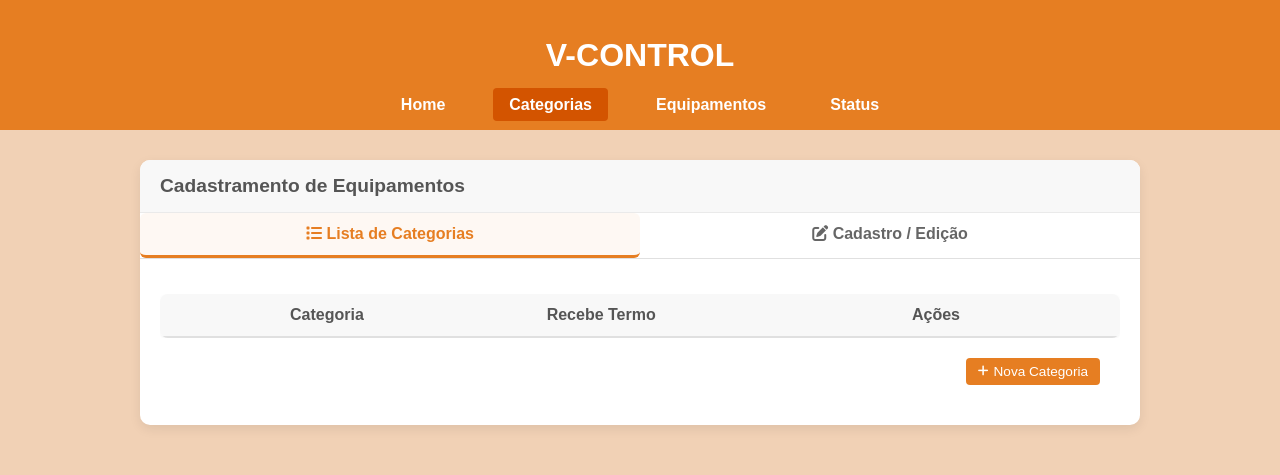
Repository: davyjales/inventario-TI
Page: categorias.html
The author's editor kept a copy of each file at every save. The page is drawn from the files as they stood at one save, then again after the next save.
The browser window is 1280 px wide. The pictures show the whole page.
The page's requests for data from a server got no answer.

Above is the page before, as saved 2025-08-18 15:38:48.

### categorias.html
<!DOCTYPE html>
<html lang="pt-BR">
<head>
  <meta charset="UTF-8" />
  <meta name="viewport" content="width=device-width, initial-scale=1" />
  <title>V-CONTROL</title>
  <link rel="stylesheet" href="css/style.css" />
  <style>
    /* Área principal */
    main {
      max-width: 1000px;
      margin: 30px auto;
      padding: 0;
      background: white;
      border-radius: 10px;
      box-shadow: 0 4px 12px rgba(0,0,0,0.08);
      overflow: hidden;
    }

    /* Título da seção */
    .section-title {
      padding: 15px 20px;
      margin: 0;
      background-color: #f8f8f8;
      border-bottom: 1px solid #eaeaea;
      font-size: 1.2rem;
      color: #555;
    }

    /* Tabs - design aprimorado */
    .tabs {
      display: flex;
      margin: 0;
      border-bottom: 1px solid #e0e0e0;
    }
    .tab-button {
      flex: 1;
      padding: 12px 20px;
      cursor: pointer;
      background-color: transparent;
      border: none;
      border-bottom: 3px solid transparent;
      font-weight: 600;
      color: #666;
      transition: all 0.3s ease;
      position: relative;
    }
    .tab-button.active {
      color: #e67e22;
      border-bottom-color: #e67e22;
      background-color: rgba(230, 126, 34, 0.05);
    }
    .tab-button:hover:not(.active) {
      color: #333;
      background-color: #f5f5f5;
    }

    /* Conteúdo das abas */
    .tab-content {
      display: none;
      padding: 20px;
    }
    .tab-content.active {
      display: block;
    }

    /* Tabela - design profissional */
    .table-container {
      overflow-x: auto;
      margin-top: 15px;
    }
    table {
      width: 100%;
      border-collapse: separate;
      border-spacing: 0;
      border-radius: 8px;
      overflow: hidden;
      box-shadow: 0 1px 3px rgba(0,0,0,0.05);
    }
    th {
      background-color: #f8f8f8;
      color: #555;
      font-weight: 600;
      border-bottom: 2px solid #e0e0e0;
      padding: 12px 15px;
    }
    th.categoria, td.categoria {
      text-align: left;
      padding-left: 150px;
    }
    th.recebe-termo, td.recebe-termo {
      text-align: left;
      padding-left: 70px;
    }
    th.acoes, td.acoes {
      text-align: right;
      padding-left: 150px;
      white-space: nowrap;
    }
    td {
      padding: 12px 15px;
      border-bottom: 1px solid #f0f0f0;
      vertical-align: middle;
    }
    tr:last-child td {
      border-bottom: none;
    }
    tr:hover {
      background-color: #f9f9f9;
    }
    tr:nth-child(even) {
      background-color: #fcfcfc;
    }
    tr:hover {
      background-color: #f5f5f5;
    }

    /* Botões de ação na tabela */
    .action-buttons {
      display: flex;
      gap: 8px;
    }
    .btn {
      padding: 6px 12px;
      border: none;
      border-radius: 4px;
      cursor: pointer;
      font-weight: 500;
      font-size: 0.85rem;
      transition: all 0.2s ease;
      display: inline-flex;
      align-items: center;
      gap: 5px;
    }
    .btn i {
      font-size: 0.9em;
    }
    .btn-primary {
      background-color: #e67e22;
      color: white;
    }
    .btn-primary:hover {
      background-color: #d35400;
      transform: translateY(-1px);
    }
    .btn-outline {
      background-color: transparent;
      border: 1px solid #ddd;
      color: #666;
    }
    .btn-outline:hover {
      background-color: #f5f5f5;
      color: #333;
    }
    .btn-danger {
      background-color: #e74c3c;
      color: white;
    }
    .btn-danger:hover {
      background-color: #c0392b;
    }

    /* Botão de nova categoria */
    .btn-add {
      margin-top: 20px;
      padding: 10px 20px;
      background-color: #e67e22;
      color: white;
      border: none;
      border-radius: 6px;
      font-weight: 600;
      cursor: pointer;
      transition: all 0.2s ease;
      display: inline-flex;
      align-items: center;
      gap: 8px;
    }
    .btn-add:hover {
      background-color: #d35400;
      box-shadow: 0 2px 8px rgba(230, 126, 34, 0.3);
    }

    /* Formulário */
    .form-container {
      max-width: 700px;
      margin: 0 auto;
      padding: 20px;
    }
    .form-header {
      margin-bottom: 20px;
      padding-bottom: 10px;
      border-bottom: 1px solid #eee;
    }
    .form-header h2 {
      margin: 0;
      color: #333;
    }
    form label {
      display: block;
      margin-bottom: 8px;
      font-weight: 500;
      color: #555;
    }
    form input[type="text"],
    form input[type="checkbox"],
    form textarea,
    form select {
      width: 100%;
      padding: 10px 12px;
      margin-bottom: 15px;
      border: 1px solid #ddd;
      border-radius: 4px;
      font-size: 0.95rem;
      transition: border 0.3s ease;
    }
    form input[type="text"]:focus,
    form textarea:focus,
    form select:focus {
      border-color: #e67e22;
      outline: none;
      box-shadow: 0 0 0 2px rgba(230, 126, 34, 0.2);
    }
    .checkbox-container {
      display: flex;
      align-items: center;
      gap: 10px;
      margin-bottom: 15px;
    }
    .checkbox-container input[type="checkbox"] {
      width: auto;
      margin: 0;
    }
    .form-actions {
      display: flex;
      justify-content: flex-end;
      gap: 10px;
      margin-top: 25px;
      padding-top: 15px;
      border-top: 1px solid #eee;
    }
    .form-section {
      margin-bottom: 25px;
      padding-bottom: 15px;
      border-bottom: 1px solid #f0f0f0;
    }
    .form-section h3 {
      margin-top: 0;
      color: #444;
    }

    /* Campos dinâmicos */
    .field-item {
      display: flex;
      gap: 10px;
      margin-bottom: 10px;
      align-items: center;
    }
    .field-item input {
      flex: 1;
    }
    .field-item button {
      background-color: #e74c3c;
      color: white;
      border: none;
      border-radius: 4px;
      padding: 5px 10px;
      cursor: pointer;
    }

    /* Responsividade */
    @media (max-width: 768px) {
      nav {
        flex-wrap: wrap;
        padding: 8px;
      }
      nav a {
        padding: 6px 12px;
        font-size: 0.9rem;
      }
      .tabs {
        flex-direction: column;
      }
      .tab-button {
        text-align: left;
        border-bottom: 1px solid #e67e22;
        border-left: 3px solid transparent;
      }
      .tab-button.active {
        border-left-color: #e67e22;
        border-bottom-color: #eee;
      }
    }

    /* Added styles for status-like buttons */
    .status-actions {
      display: flex;
      gap: 10px;
    }

    .status-btn {
      background: none;
      border: none;
      cursor: pointer;
      font-size: 16px;
      padding: 5px;
      border-radius: 4px;
      transition: all 0.2s;
      font-family: "Font Awesome 6 Free";
      font-weight: 900;
    }

    .status-btn:hover {
      background-color: rgba(0, 0, 0, 0.05);
    }

    .edit-btn {
      color: #b9610f;
      background-color: #f5e6d3;
    }

    .edit-btn:hover {
      background-color: #e6cfa8;
    }

    .delete-btn {
      color: #dc3545;
      background-color: #f8d7da;
    }

    .delete-btn:hover {
      background-color: #e4a1a8;
    }
  </style>
  <link rel="stylesheet" href="https://cdnjs.cloudflare.com/ajax/libs/font-awesome/6.0.0/css/all.min.css">
</head>
<body>
  <header>
    <h1>V-CONTROL</h1>
    <nav>
      <ul class="nav-menu">
        <li><a href="index.html">Home</a></li>
        <li><a href="categorias.html" class= "active">Categorias</a></li>
        <li><a href="cadastroEquipamentos.html">Equipamentos</a></li>
        <li><a href="status.html">Status</a></li>
      </ul>
    </nav>
  </header>

  <main>
    <h2 class="section-title">Cadastramento de Equipamentos</h2>

    <div class="tabs">
      <button class="tab-button active" data-tab="tab-lista">
        <i class="fas fa-list"></i> Lista de Categorias
      </button>
      <button class="tab-button" data-tab="tab-form">
        <i class="fas fa-edit"></i> Cadastro / Edição
      </button>
    </div>

    <section id="tab-lista" class="tab-content active">
      <div class="table-container">
        <table>
          <thead>
            <tr>
              <th style="text-align: left; padding-left: 130px;">Categoria</th>
              <th style="text-align: left; padding-left: 40px;">Recebe Termo</th>
              <th style="text-align: right; padding-right: 160px;">Ações</th>
            </tr>
          </thead>
          <tbody id="categorias-tbody">
            <!-- Exemplo de dados - serão substituídos pelo JavaScript -->
          </tbody>
        </table>
      </div>
      <div style="text-align: right; margin-top: 20px; padding: 0 20px 20px;">
        <button id="btn-nova-categoria" class="btn btn-primary">
          <i class="fas fa-plus"></i> Nova Categoria
        </button>
      </div>
    </section>

    <section id="tab-form" class="tab-content">
      <div class="form-container">
        <div class="form-header">
          <h2 id="form-titulo"><i class="fas fa-plus-circle"></i> Nova Categoria</h2>
        </div>
        <form id="categoria-form">
          <div class="form-section">
            <label for="nome-categoria">
              Categoria:
            </label>
            <input type="text" id="nome-categoria" name="nome" required
                  placeholder="Digite o nome da nova categoria"
                  style="width: 100%; padding: 10px; border-radius: 4px; border: 1px solid #ddd;">
          </div>

          <div class="form-section">
            <div class="checkbox-container">
              <input type="checkbox" id="recebe-termo" name="recebe_termo" />
              <label for="recebe-termo" style="margin: 0;">Recebe Termo</label>
            </div>
          </div>

          <div class="form-section">
            <h3><i class="fas fa-list-ul"></i> Campos da Categoria</h3>
            <div id="campos-container">
              <!-- Campos serão adicionados dinamicamente -->
            </div>
            <button type="button" id="btn-adicionar-campo" class="btn btn-outline" style="margin-top:10px;">
              <i class="fas fa-plus"></i> Adicionar Campo
            </button>
          </div>

          <div class="form-actions">
            <button type="button" id="btn-cancelar" class="btn btn-primary" style="min-width: 120px; height: 38px; margin-right: 10px; background-color: #e67e22; border-color: #e67e22; vertical-align: middle; margin-top: 23px;">
              <i class="fas fa-times"></i> Cancelar
            </button>
            <button type="submit" id="btn-salvar" class="btn btn-primary" style="min-width: 120px; height: 38px; vertical-align: middle;">
              <i class="fas fa-save"></i> Salvar
            </button>
          </div>
        </form>
      </div>
    </section>
  </main>

  <script src="js/cadastroCategorias.js"></script>
  <script src="js/cadastroCategoriasTabs.js"></script>
</body>
</html>

### css/style.css
/* Existing styles are preserved */

/* Styles for additional fields in category creation */
#campos-adicionais-container {
  margin-top: 10px;
}

.campo-adicional-item {
  display: flex;
  align-items: center;
  gap: 10px;
  margin-bottom: 5px;
}

.campo-adicional-item input[type="text"] {
  flex: 1;
  padding: 6px 8px;
  border: 1px solid #ccc;
  border-radius: 4px;
}

.campo-adicional-item input[type="checkbox"] {
  width: 18px;
  height: 18px;
  cursor: pointer;
}

#btn-adicionar-campo {
  background-color: #b9610f;
  color: white;
  border: none;
  padding: 5px 10px;
  border-radius: 4px;
  cursor: pointer;
}

#btn-adicionar-campo:hover {
  background-color: #a0500d;
}

.btn-remover-campo {
  background-color: #e74c3c;
  color: white;
  border: none;
  padding: 2px 8px;
  border-radius: 4px;
  cursor: pointer;
}

.btn-remover-campo:hover {
  background-color: #c0392b;
}

/* Styles for additional fields in equipment registration */
#campos-adicionais-equipamento > div {
  margin-bottom: 10px;
}

#campos-adicionais-equipamento label {
  font-weight: bold;
  display: block;
  margin-bottom: 4px;
}

#campos-adicionais-equipamento input[type="text"] {
  width: 100%;
  padding: 6px 8px;
    box-shadow: 0 2px 8px rgba(0, 0, 0, 0.2);
    position: relative;
    z-index: 1;
}

.page-section {
    display: none;
    font-family: 'Segoe UI', Tahoma, Geneva, Verdana, sans-serif;
    max-width: 1200px;
    margin: 20px auto;
    padding: 25px;
    background-color: #fff;
    border-radius: 10px;
    box-shadow: 0 4px 12px rgba(0, 0, 0, 0.08);
}

.page-section.active {
    display: block;
}

/* === RESET === */
body {
    font-family: Arial, sans-serif;
    margin: 0;
    padding: 0;
    background-color: #f4f4f4;
    /* background-image: url('../images/visteon-bg.jpg.jpg'); */
    background-size: cover;
    background-position: center;
    background-repeat: no-repeat;
    position: relative;
    z-index: 0;
}

body::before {
    content: "";
    position: fixed;
    top: 0;
    left: 0;
    width: 100%;
    height: 100%;
    background-color: rgba(230, 126, 34, 0.3);
    z-index: -1;
}

/* === HEADER === */
header {
    background-color: #e67e22;
    color: white;
    padding: 1rem;
    text-align: center;
}

.nav-menu {
    list-style: none;
    padding: 0;
    margin: 0;
    display: flex;
    justify-content: center;
    background-color: transparent;
}

.nav-menu li {
    margin: 0 1rem;
}

.nav-menu li a {
    color: white;
    text-decoration: none;
    font-weight: bold;
    padding: 0.5rem 1rem;
    border-radius: 4px;
    transition: background-color 0.3s ease;
}

.nav-menu li a.active,
.nav-menu li a:hover {
    background-color: #d35400;
}

/* === MAIN === */
main {
    max-width: 900px;
    margin: 2rem auto;
    padding: 1rem;
    background-color: rgba(255, 255, 255, 0.95);
    border-radius: 8px;
    box-shadow: 0 2px 8px rgba(0, 0, 0, 0.2);
    position: relative;
    z-index: 1;
}

.page-section {
    display: none;
}

.page-section.active {
    display: block;
}

/* === HOME === */
#home h2 {
    text-align: center;
    color: black;
}

.home-functions {
    display: flex;
    gap: 1rem;
    justify-content: center;
    margin-top: 2rem;
}

.home-functions button {
    padding: 1rem 2rem;
    font-size: 1rem;
    cursor: pointer;
    background-color: black;
    color: white;
    border: none;
    border-radius: 6px;
    transition: background-color 0.3s ease;
}

.home-functions button:hover {
    background-color: #333;
}

/* === EQUIPAMENTOS === */
.equipment-list {
    display: grid;
    grid-template-columns: repeat(auto-fill, minmax(250px, 1fr));
    gap: 1rem;
    margin-top: 1rem;
}

.equipment-list > div {
    background-color: #fff;
    padding: 1rem;
    border-radius: 6px;
    box-shadow: 0 1px 3px rgba(0, 0, 0, 0.1);
    cursor: pointer;
    transition: transform 0.2s, background-color 0.2s;
}

.equipment-list > div:hover {
    transform: translateY(-3px);
    background-color: #f9f9f9;
}

.equipment-list h3 {
    margin: 0 0 0.5rem;
    font-size: 1.1rem;
    color: #e67e22;
}

.equipment-list p {
    margin: 0;
    font-size: 0.9rem;
    color: #444;
}

.equipment-details {
    background-color: #fff;
    padding: 1rem;
    border-radius: 6px;
    box-shadow: 0 2px 6px rgba(0, 0, 0, 0.1);
}

.hidden {
    display: none;
}

/* === FORMULÁRIOS === */
form label {
    display: block;
    margin-top: 1rem;
    font-weight: bold;
    color: #333;
}

form input[type="text"],
form textarea,
form select,
form input[type="file"] {
    width: 100%;
    padding: 0.5rem;
    margin-top: 0.25rem;
    border: 1px solid #ccc;
    border-radius: 4px;
    box-sizing: border-box;
    background-color: white;
}

form button[type="submit"] {
    margin-top: 1.5rem;
    padding: 0.75rem 1.5rem;
    background-color: #e67e22;
    color: white;
    border: none;
    border-radius: 6px;
    cursor: pointer;
    font-size: 1rem;
}

form button[type="submit"]:hover {
    background-color: #d35400;
}

.termo-options {
    display: flex;
    gap: 2rem;
    margin-top: 0.5rem;
}

#categoria-lista {
    list-style: none;
    padding: 0;
    margin-top: 1rem;
}

#categoria-lista li {
    background-color: #fff;
    margin-bottom: 0.5rem;
    padding: 0.5rem 1rem;
    border-radius: 4px;
    box-shadow: 0 1px 3px rgba(0, 0, 0, 0.1);
}
#categoria-lista li span {
    font-weight: bold;
    color: #e67e22;
}

/* === TABELA DE USUÁRIOS === */
.user-table {
    width: 100%;
    border-collapse: collapse;
    margin-top: 2rem;
    background-color: #fff;
    box-shadow: 0 2px 6px rgba(0, 0, 0, 0.1);
    border-radius: 8px;
    overflow: hidden;
}

.user-table thead {
    background-color: #e67e22;
    color: white;
}

.user-table thead th {
    padding: 1rem;
    text-align: left;
    font-weight: bold;
    border-bottom: 2px solid #d35400;
}

.user-table tbody td  {
    padding: 0.75rem 0.75rem;
    border-bottom: 1px solid #eee;
    color: #333;
}

.user-table tbody tr:hover {
    background-color: #f9f9f9;
}

.user-table td .action-btn .checkbox{
    display: inline-flex;
    align-items: center;
    justify-content: center;
    margin: 0.2rem;
    padding: 0.75rem 0.75rem;
    font-size: 0.85rem;
    font-weight: bold;
    border: none;
    border-radius: 5px;
    cursor: pointer;
    color: white;
    transition: all 0.3s ease;
    min-width: 140px;
    text-align: center;
    box-shadow: 0 2px 4px rgba(0, 0, 0, 0.1);
}

.btn-admin {
    background-color: #3498db;
}
.btn-admin:hover {
    background-color: #2980b9;
}

.btn-auth {
    background-color: #27ae60;
}
.btn-auth:hover {
    background-color: #1e8449;
}

/*.btn-delete {
    background-color: #e74c3c;
}
.btn-delete:hover {
    background-color: #c0392b;
} */
.btn-inventariante {
  background-color: #f39c12;
}
.btn-inventariante:hover {
  background-color: #d68910;
}/*
.btn-password {
    background-color: #8e44ad;
}*/

.modal {
  position: fixed;
  top: 0; left: 0;
  width: 100vw; height: 100vh;
  background: rgba(0, 0, 0, 0.4);
  display: flex; justify-content: center; align-items: center;
  z-index: 999;
}
.modal-content {
  background: white;
  padding: 2rem;
  border-radius: 8px;
  max-width: 400px;
  width: 90%;
  box-shadow: 0 2px 10px rgba(0,0,0,0.3);
}
.modal-buttons {
  margin-top: 1rem;
  display: flex;
  gap: 1rem;
  justify-content: flex-end;
}
.hidden {
  display: none !important;
}

.centralizado {
  text-align: center;
  vertical-align: middle;
}

/* === NAVIGATION DROPDOWN MENU === */
.nav-dropdown {
  position: relative;
}

.dropdown-menu {
  position: absolute;
  top: 100%;
  left: 0;
  background-color: #e67e22;
  list-style: none;
  padding: 0.5rem 0;
  margin: 0;
  opacity: 0;
  visibility: hidden;
  transition: opacity 0.3s ease;
  border-radius: 0 0 6px 6px;
  min-width: 180px;
  z-index: 10;
}

.dropdown-menu li {
  margin: 0;
}

.dropdown-menu li a {
  display: block;
  padding: 0.5rem 1rem;
  color: white;
  text-decoration: none;
  font-weight: normal;
  transition: background-color 0.3s ease;
}

.dropdown-menu li a:hover {
  background-color: #d35400;
}

.nav-dropdown:hover .dropdown-menu {
  opacity: 1;
  visibility: visible;
}

/* ===== ESTILOS DA ABA DE HISTÓRICO ===== */

/* Controles de abas */
.tab-buttons {
  display: flex;
  margin: 20px 0 15px 0;
  border-bottom: 1px solid #ddd;
}

.tab-btn {
  padding: 10px 20px;
  background: #f5f5f5;
  border: none;
  border-radius: 5px 5px 0 0;
  cursor: pointer;
  margin-right: 5px;
  font-weight: 600;
  transition: all 0.3s ease;
}

.tab-btn:hover {
  background: #e0e0e0;
}

.tab-btn.active {
  background: #b9610f;
  color: white;
}

/* Abas */
.report-tab,
.history-tab {
  display: none;
}

.report-tab.active,
.history-tab.active {
  display: block;
}

/* Barra de pesquisa do histórico */
.history-search {
  display: flex;
  gap: 10px;
  margin-bottom: 15px;
  flex-wrap: wrap;
  align-items: center;
}

.history-search input,
.history-search select {
  padding: 8px 12px;
  border: 1px solid #ddd;
  border-radius: 4px;
  font-size: 14px;
}

.history-search button {
  padding: 8px 15px;
  background: #b9610f;
  color: white;
  border: none;
  border-radius: 4px;
  cursor: pointer;
  transition: background 0.3s;
}

/* Detalhes das alterações */
.change-details {
  font-size: 13px;
}

.change-details ul {
  margin: 0;
  padding-left: 18px;
}

.change-details li {
  margin-bottom: 3px;
}

/* Responsividade */
@media (max-width: 768px) {
  .history-search {
    flex-direction: column;
    align-items: stretch;
  }

  .history-search input,
  .history-search select,
  .history-search button {
    width: 100%;
  }

  .tab-buttons {
    overflow-x: auto;
    white-space: nowrap;
    display: block;
    padding-bottom: 5px;
  }

  .tab-btn {
    display: inline-block;
    margin-bottom: 5px;
  }
}

/* Estilos para listas editáveis */
.editable-list {
  list-style: none;
  padding: 0;
  margin: 0;
  width: 100%; /* Garante que a lista ocupe toda a largura */
}

/* Estilo para os itens da lista */
.editable-list li {
  display: flex;
  justify-content: space-between;
  align-items: center;
  padding: 12px 15px;
  margin-bottom: 8px;
  background-color: #f8f9fa;
  position: relative; /* Necessário para o pseudo-elemento */
  width: 100%; /* Ocupa toda a largura disponível */
  box-sizing: border-box; /* Inclui padding na largura total */
}

/* Borda lateral usando pseudo-elemento */
.editable-list li::before {
  content: '';
  position: absolute;
  left: 0;
  top: 0;
  bottom: 0;
  width: 3px;
  background-color: #b9610f;
  border-radius: 3px 0 0 3px;
}

/* Estilo para as ações (ícones) */
.editable-actions {
  display: flex;
  gap: 10px;
  margin-left: 10px;
}

/* Estilo para o container principal */

.editable-actions button {
  background: none;
  border: none;
  cursor: pointer;
  font-size: 16px;
  padding: 5px;
  border-radius: 4px;
  transition: all 0.2s;
}

.editable-actions button:hover {
  background-color: #f0f0f0;
}


/* Modal de edição */
.modal {
  position: fixed;
  top: 0;
  left: 0;
  width: 100%;
  height: 100%;
  background-color: rgba(0, 0, 0, 0.5);
  display: flex;
  justify-content: center;
  align-items: center;
  z-index: 1000;
}

.modal-content {
  background-color: white;
  padding: 25px;
  border-radius: 8px;
  width: 90%;
  max-width: 500px;
  max-height: 80vh;
  overflow-y: auto;
}

.modal-input {
  width: 100%;
  padding: 10px;
  margin: 10px 0;
  border: 1px solid #ddd;
  border-radius: 4px;
}

.modal-buttons {
  display: flex;
  justify-content: flex-end;
  gap: 10px;
  margin-top: 20px;
}

.btn-primary {
  background-color: #b9610f;
  color: white;
  border: none;
  padding: 8px 16px;
  border-radius: 4px;
  cursor: pointer;
}

.btn-cancel {
  background-color: #6c757d;
  color: white;
  border: none;
  padding: 8px 16px;
  border-radius: 4px;
  cursor: pointer;
}

.btn-add-field {
  background-color: #28a745;
  color: white;
  border: none;
  padding: 6px 12px;
  border-radius: 4px;
  cursor: pointer;
  margin-top: 10px;
  font-size: 14px;
}

.campo-adicional-item {
  display: flex;
  align-items: center;
  gap: 10px;
  margin-bottom: 10px;
  padding: 8px;
  background-color: #f8f9fa;
  border-radius: 4px;
}

.campo-adicional-item input[type="text"] {
  flex-grow: 1;
  padding: 6px;
  border: 1px solid #ddd;
  border-radius: 4px;
}

.campo-adicional-item .btn-remove-field {
  color: #dc3545;
  background: none;
  border: none;
  cursor: pointer;
}

.export-controls {
  margin: 15px 0;
  text-align: right;
}

.export-controls .btn-success {
  background-color: #28a745;
  color: white;
  border: none;
  padding: 8px 16px;
  font-size: 14px;
  border-radius: 4px;
  cursor: pointer;
  transition: background-color 0.3s ease;
}

.export-controls .btn-success:hover {
  background-color: #218838;
}


#cadastro-equipamentos {
  background: #fff;
  border-radius: 12px;
  padding: 25px 30px;
  max-width: 650px;
  margin: auto;
  box-shadow: 0px 4px 15px rgba(0,0,0,0.08);
}

#cadastro-equipamentos h2 {
  margin-bottom: 20px;
  font-size: 1.6rem;
  font-weight: 600;
  color: #333;
}

.form-group {
  display: flex;
  flex-direction: column;
  margin-bottom: 15px;
}

.form-group-inline {
  display: flex;
  align-items: center;
  gap: 15px;
  margin-bottom: 15px;
}

label {
  margin-bottom: 5px;
  font-weight: 500;
}

input[type="text"],
textarea,
select {
  padding: 8px 10px;
  border-radius: 6px;
  border: 1px solid #ccc;
  font-size: 0.95rem;
  transition: border-color 0.2s ease-in-out;
}

input[type="text"]:focus,
textarea:focus,
select:focus {
  border-color: #ff7a00;
  outline: none;
}

button {
  background: #ff7a00;
  color: #fff;
  padding: 10px 18px;
  border: none;
  border-radius: 6px;
  font-size: 1rem;
  cursor: pointer;
  transition: background 0.2s ease-in-out;
}

button:hover {
  background: #e96d00;
}

.hidden {
  display: none;
}

Loaded but not shown: js/cadastroCategorias.js (302 lines, source omitted); js/cadastroCategoriasTabs.js (106 lines, source omitted)

After the next save:
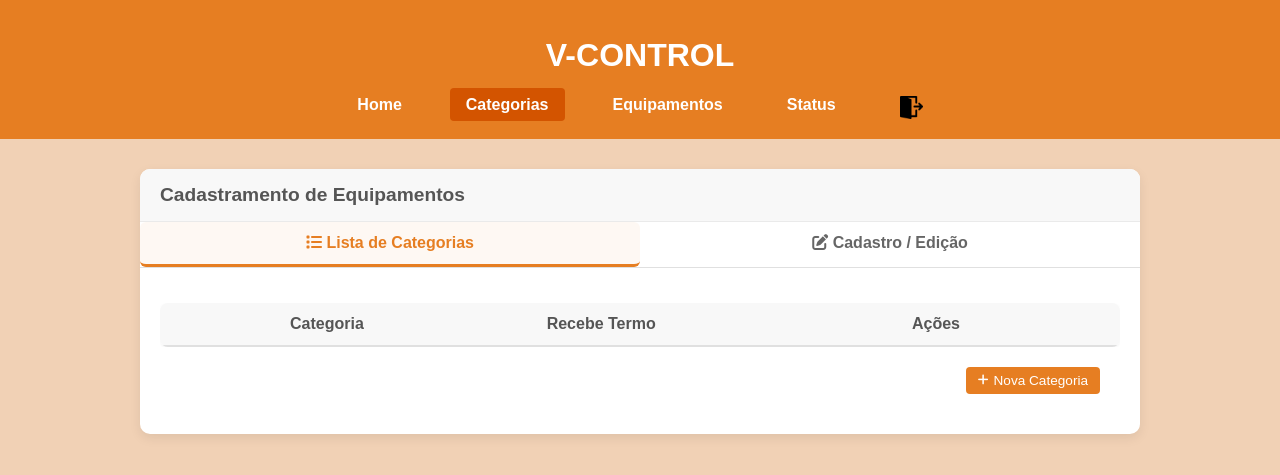
Saved 4 s later.
--- a/categorias.html
+++ b/categorias.html
@@ -342,6 +342,7 @@
         <li><a href="categorias.html" class= "active">Categorias</a></li>
         <li><a href="cadastroEquipamentos.html">Equipamentos</a></li>
         <li><a href="status.html">Status</a></li>
+        <li><a href="#" id="logout-link"><img src="logout.png" style="width: 23px;"></a></li>
       </ul>
     </nav>
   </header>
